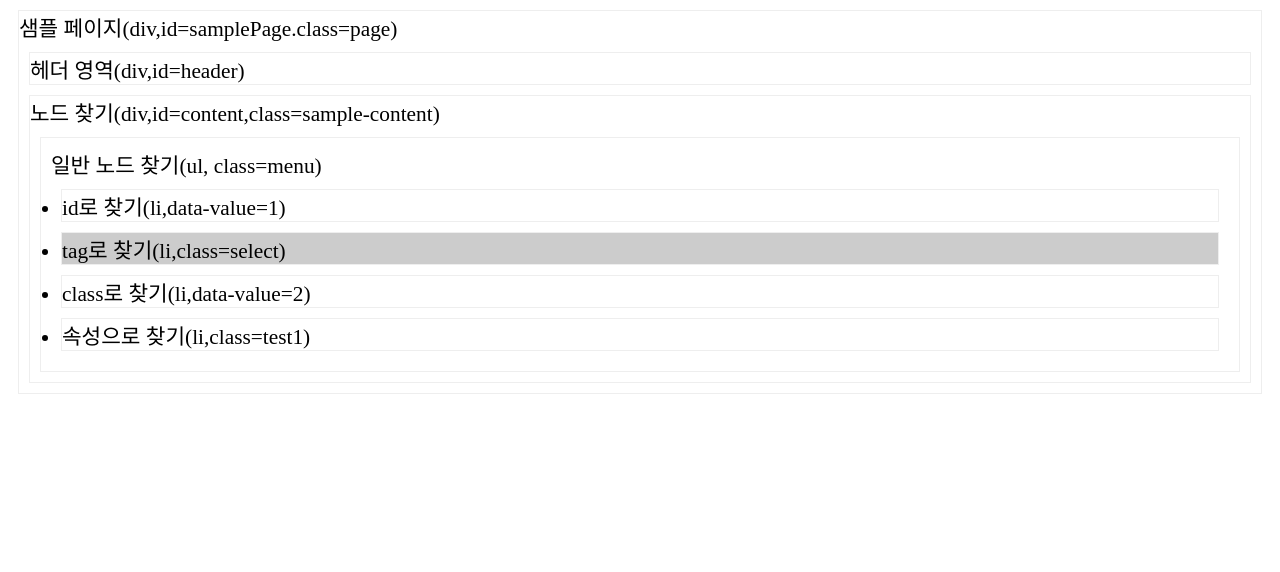
Repository: swc0516s/EZEN-JS
Page: JavaScript Workspace Lecture/JavaScript_jQuery_03/WebContent/Chapter01/1_02.html
The author's editor kept a copy of each file at every save. The page is drawn from the files as they stood at one save, then again after the next save.
The browser window is 1280 px wide. The pictures show the whole page.

Above is the page before, as saved 2022-03-17 01:56:14.

After the next save:
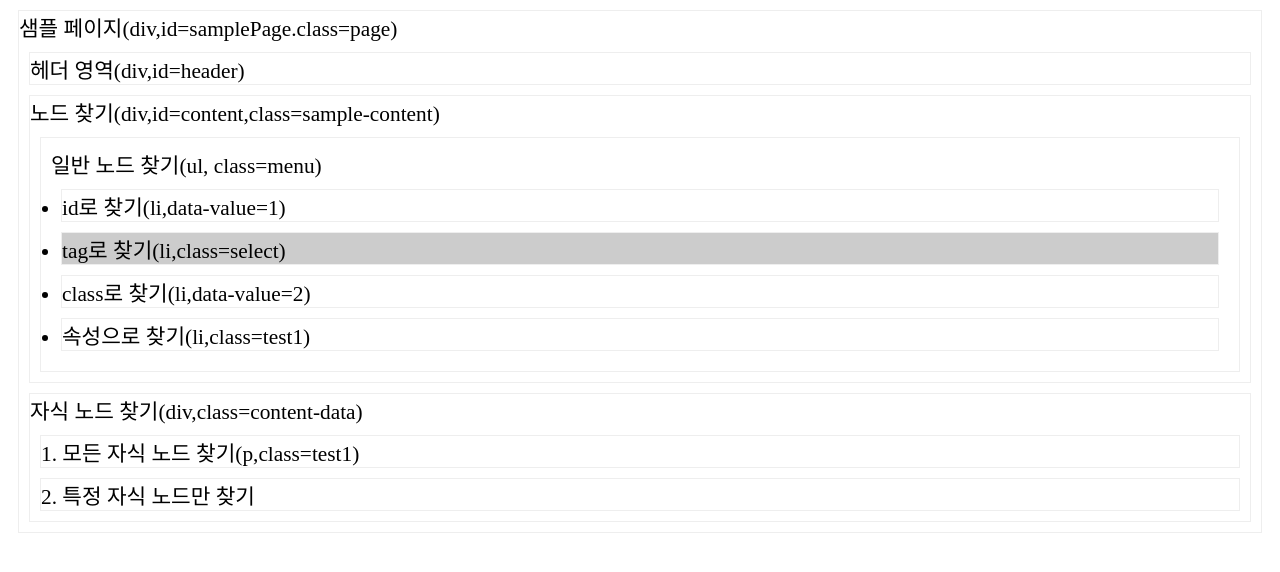
Saved 3 min 39 s later.
--- a/JavaScript Workspace Lecture/JavaScript_jQuery_03/WebContent/Chapter01/1_02.html
+++ b/JavaScript Workspace Lecture/JavaScript_jQuery_03/WebContent/Chapter01/1_02.html
@@ -41,6 +41,11 @@ li.select {
 				<li class="test1">속성으로 찾기(li,class=test1)</li>
 			</ul>
 		</div>
+		<div class="content-data">
+			자식 노드 찾기(div,class=content-data)
+			<p class="test1">1. 모든 자식 노드 찾기(p,class=test1)</p>
+			<p>2. 특정 자식 노드만 찾기
+		</div>
 	</div>
 </body>
 </html>
